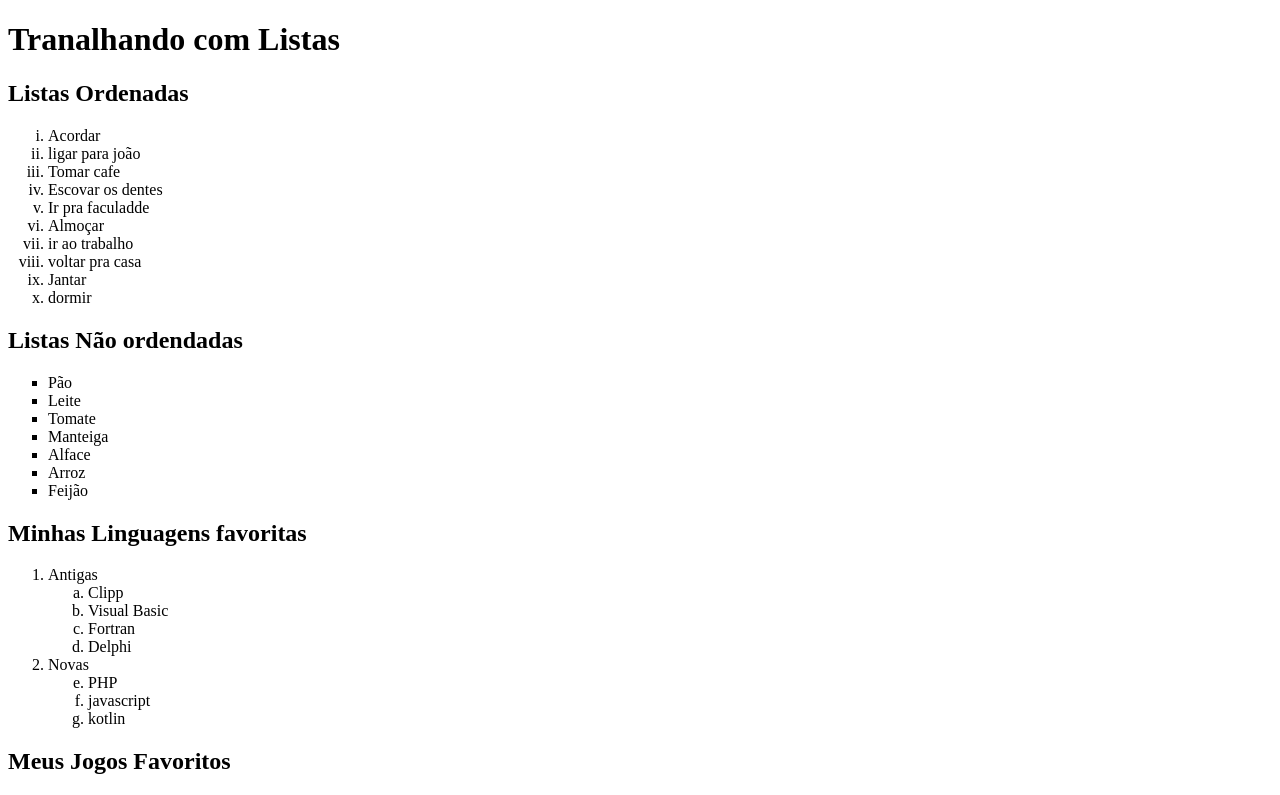
Repository: pheonix5/Estudo
Page: html-css/exercicios/ex009/index.html
An editor plug-in stored every save of this project. The page is shown before and after the next save, followed by the edit.
The browser window is 1280 px wide. The pictures show the whole page.

Above is the page before, as saved 2023-08-01 22:31:12.

### html-css/exercicios/ex009/index.html
<!DOCTYPE html>
<html lang="pt-br">
<head>
  <meta charset="UTF-8">
  <meta name="viewport" content="width=device-width, initial-scale=1.0">
  <title>Listas</title>
</head>
<body>
  <h1>Tranalhando com Listas</h1>
  <h2>Listas Ordenadas</h2>

  <ol type="i"> <!-- 1 A a I i -->
    <li>Acordar</li>
    <li>ligar para joão</li>
    <li>Tomar cafe</li>
    <li>Escovar os dentes</li>
    <li>Ir pra faculadde</li>
    <li>Almoçar</li>
    <li>ir ao trabalho</li>
    <li>voltar pra casa</li>
    <li>Jantar</li>
    <li>dormir</li>
  </ol>

  <h2>Listas Não ordendadas</h2>
  <ul type="square"> <!-- disc circle square -->
    <li>Pão</li>
    <li>Leite</li>
    <li>Tomate</li>
    <li>Manteiga</li>
    <li>Alface</li>
    <li>Arroz</li>
    <li>Feijão</li>
  </ul>

  <h2>Minhas Linguagens favoritas </h2>
  <ol>
    <li>Antigas</li>
    <ol type="a">
      <li>Clipp</li>
      <li>Visual Basic</li>
      <li>Fortran</li>
      <li>Delphi</li>
    </ol>
    <li>Novas</li>
    <ol type="a" start="5">
      <li>PHP</li>
      <li>javascript</li>
      <li>kotlin</li>
    </ol>
  </ol>

  <h2>Meus Jogos Favoritos </body>
</html>

After the next save:
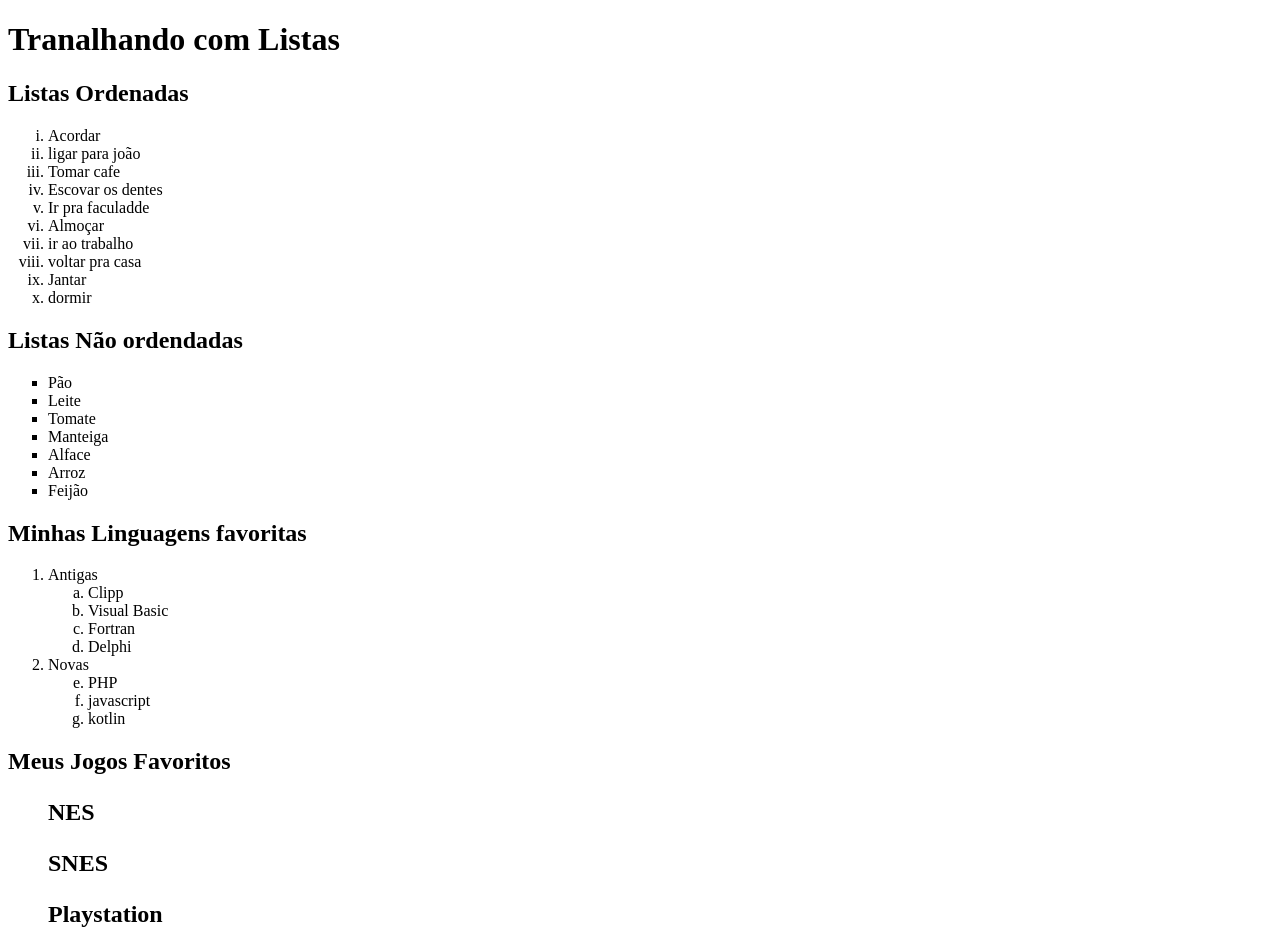
Saved 16 s later.
--- a/html-css/exercicios/ex009/index.html
+++ b/html-css/exercicios/ex009/index.html
@@ -51,4 +51,7 @@
   </ol>
 
   <h2>Meus Jogos Favoritos </body>
+    <ol>NES</ol>
+    <ol>SNES</ol>
+    <ol>Playstation</ol>
 </html>
